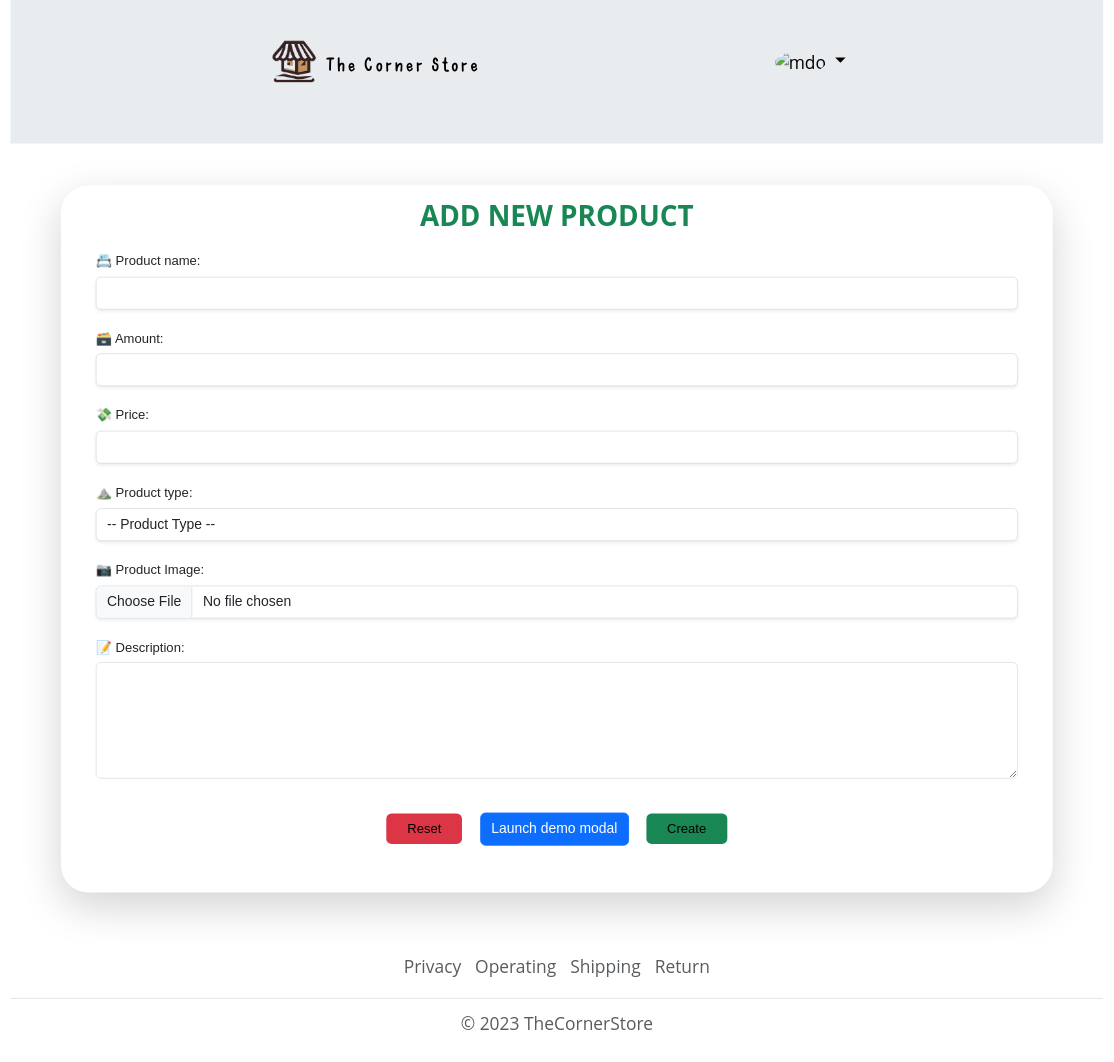
Repository: mintdunno/ass2-fullStack
Page: views/addProduct.ejs
The author's editor kept a copy of each file at every save. The page is drawn from the files as they stood at one save, then again after the next save.
The browser window is 1280 px wide. The pictures show the whole page, at 87% of full size.
The page is served by the project's Node server (index.js). The template is opened directly, without the code that normally fills it, so the values that code supplies are empty.

Above is the page before, as saved 2023-09-24 10:29:25.

After the next save:
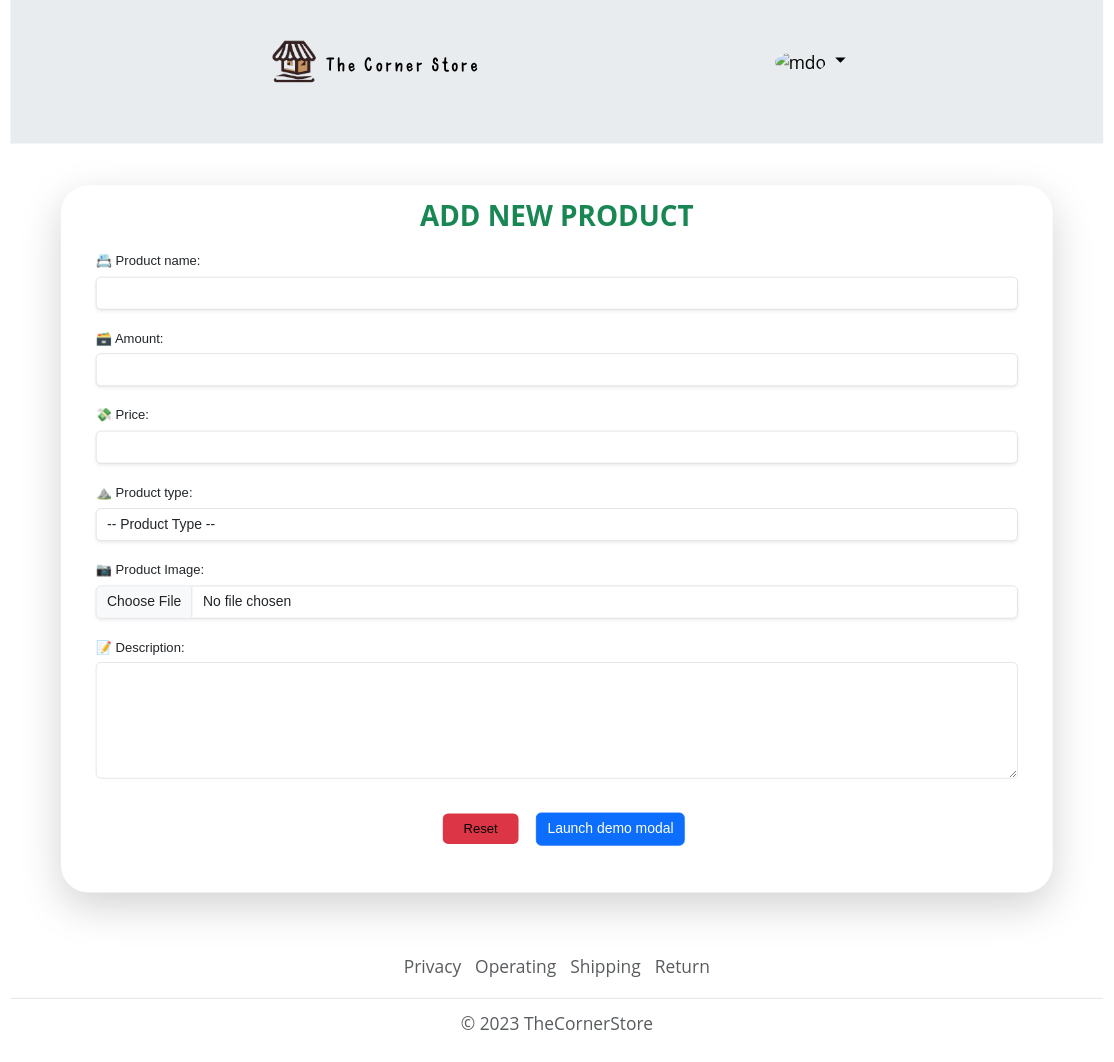
Saved 35 s later.
--- a/views/addProduct.ejs
+++ b/views/addProduct.ejs
@@ -94,7 +94,6 @@
                             </div>
                         </div>
                     </div>
-                    <button type="submit" class="rounded border-0 px-4 py-2 bg-success m-3">Create</button>
                 </div>
             </form>
         </div>
